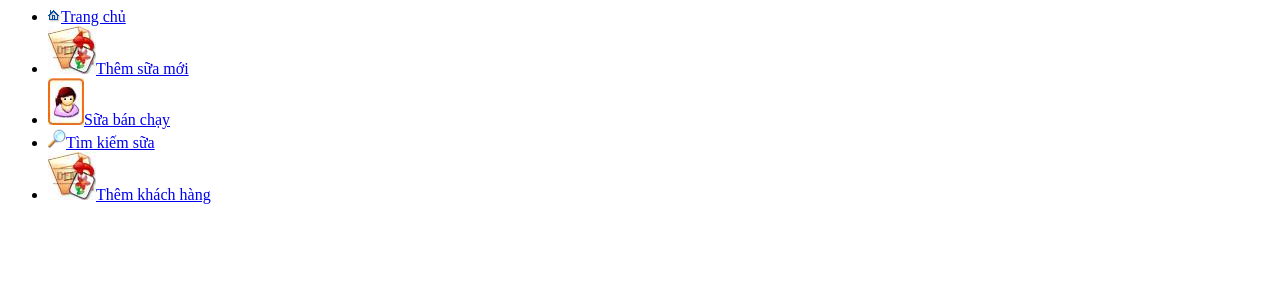
Repository: fieuzsok/DuAnCNTT1_EJBProject_QLbansua
Page: http://localhost/QLBanSuaWeb/views/thuc-don.jsp
An editor plug-in stored every save of this project. The page is shown before and after the next save, followed by the edit.
The browser window is 1280 px wide. The pictures show the whole page.
The page is served by Tomcat 9. Nobody is signed in. The application's start-up code is not run.

Above is the page before, as saved 2018-08-24 03:42:07.

After the next save:
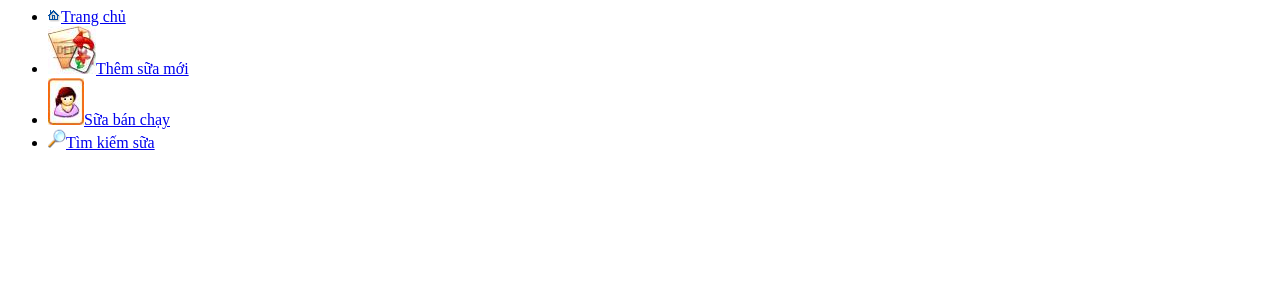
Saved 6 h 26 min later.
--- a/workspace/QLBanSuaWeb/WebContent/views/thuc-don.jsp
+++ b/workspace/QLBanSuaWeb/WebContent/views/thuc-don.jsp
@@ -9,5 +9,4 @@
     <li><a href="trang-them-sua-moi.jsp"><img src="images/icon_insert.jpg"/>Thêm sữa mới</a></li>
     <li><a href="trang-sua-ban-chay.jsp"><img src="images/ba_gai_1.jpg"/>Sữa bán chạy</a></li>
     <li><a href="trang-tim-kiem-sua.jsp"><img src="images/icon_search.gif"/>Tìm kiếm sữa</a></li>
-    <li><a href="trang-them-khach-hang.jsp"><img src="images/icon_insert.jpg"/>Thêm khách hàng</a></li>
 </ul>
